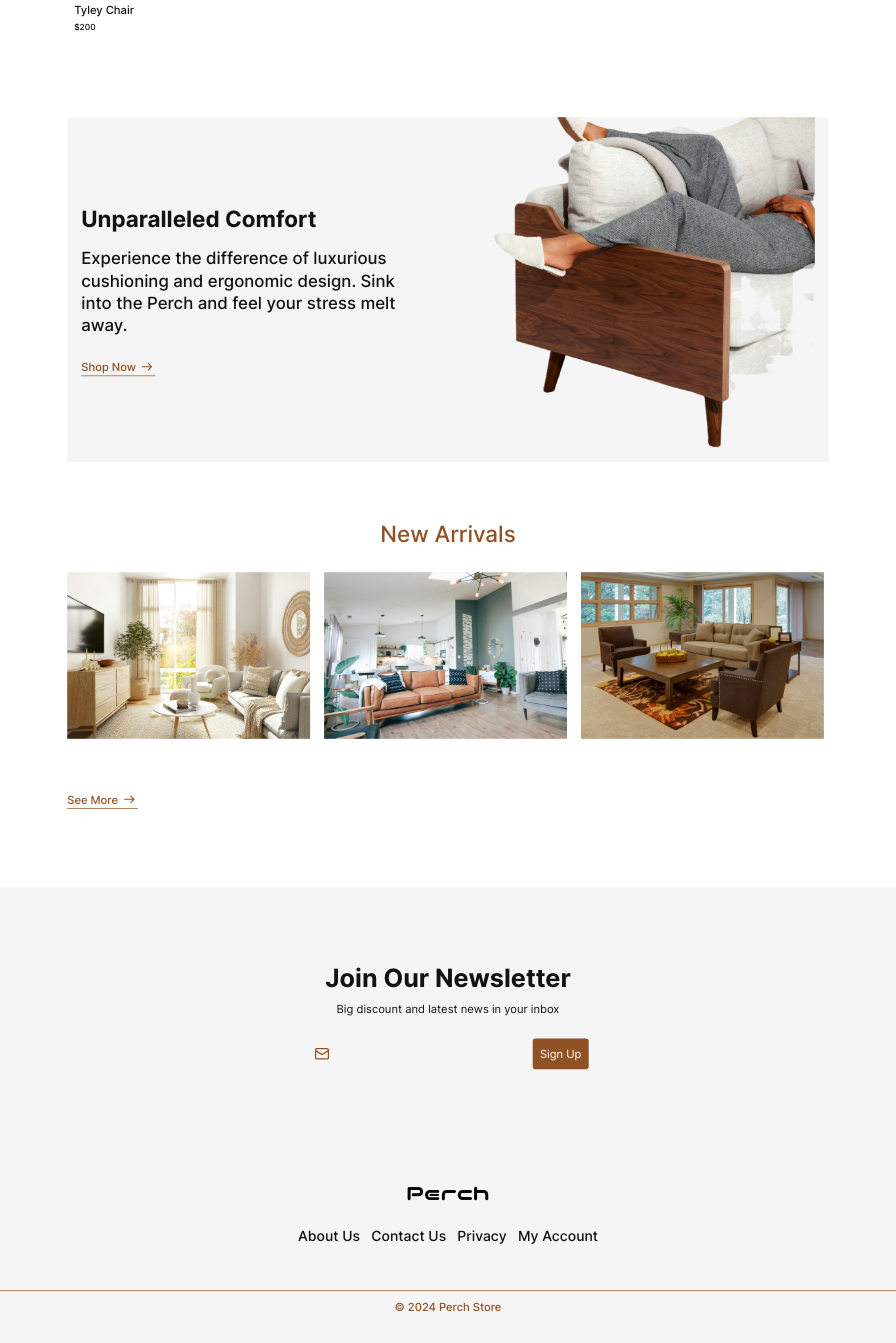
Repository: abdulmalikyusuf/HNG11-Stage02
Page: /
An editor plug-in stored every save of this project. The page is shown before and after the next save, followed by the edit.
The browser window is 1280 px wide. The pictures show the part of the page from y = 1899 to 3819 px (the page is 3817 px tall before and 3819 px after), at 70% of full size.
The project was rebuilt for these pictures with package versions that can differ from the ones it lists, and the page was loaded fresh each time. Also part of the build but not shown: vite.config.ts.

Above is the page before, as saved 2024-07-07 16:55:57.

After the next save:
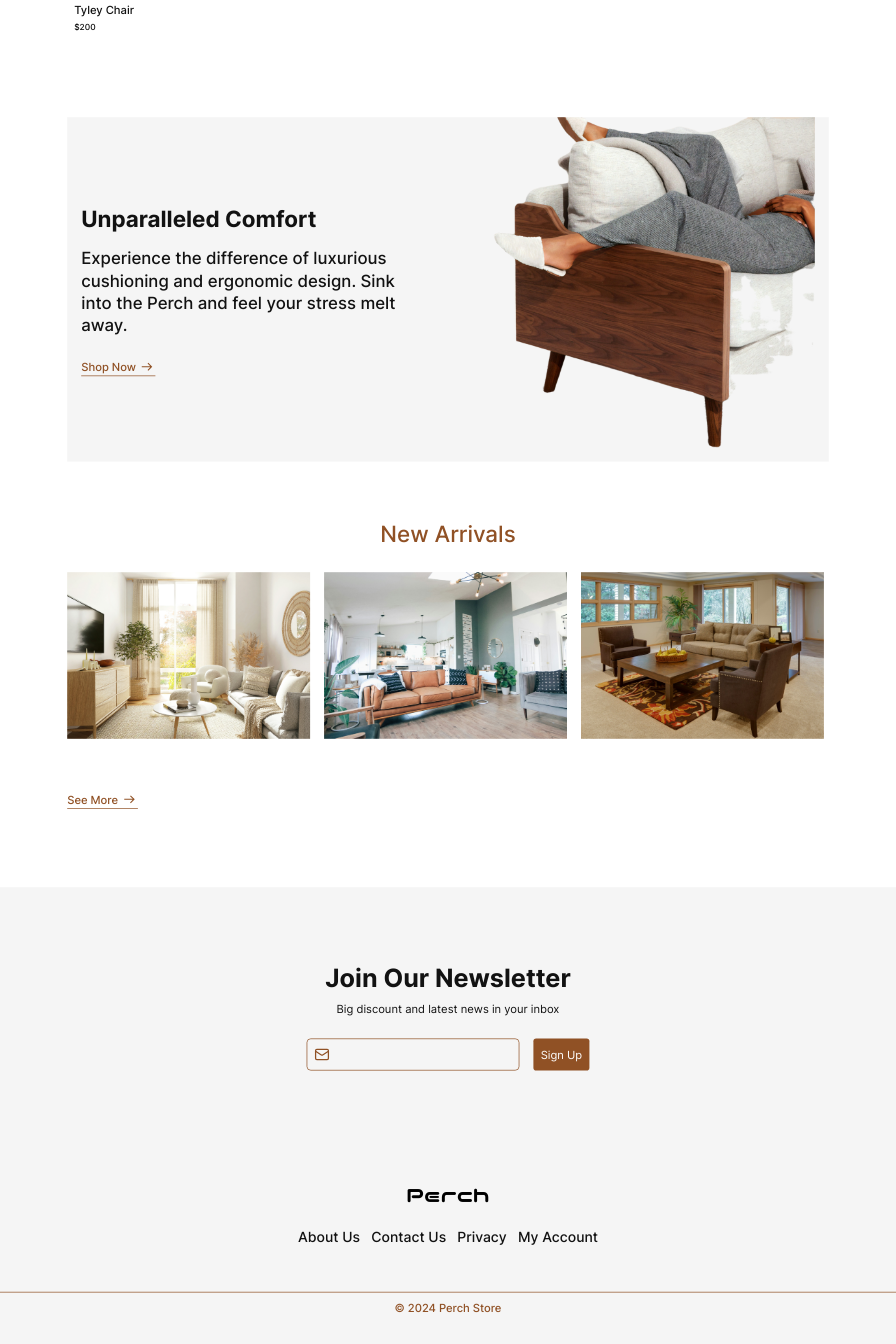
Saved 8 s later.
--- a/src/components/footer.tsx
+++ b/src/components/footer.tsx
@@ -10,7 +10,7 @@
           <p className="mt-3">Big discount and latest news in your inbox</p>
         </div>
         <div className="flex gap-5">
-          <div className="flex rounded-md border-primary items-center gap-2 p-2.5">
+          <div className="flex rounded-md border border-primary items-center gap-2 p-2.5">
             <Icons.mail className="size-[22px] stroke-primary" />
             <input
               type="email"
